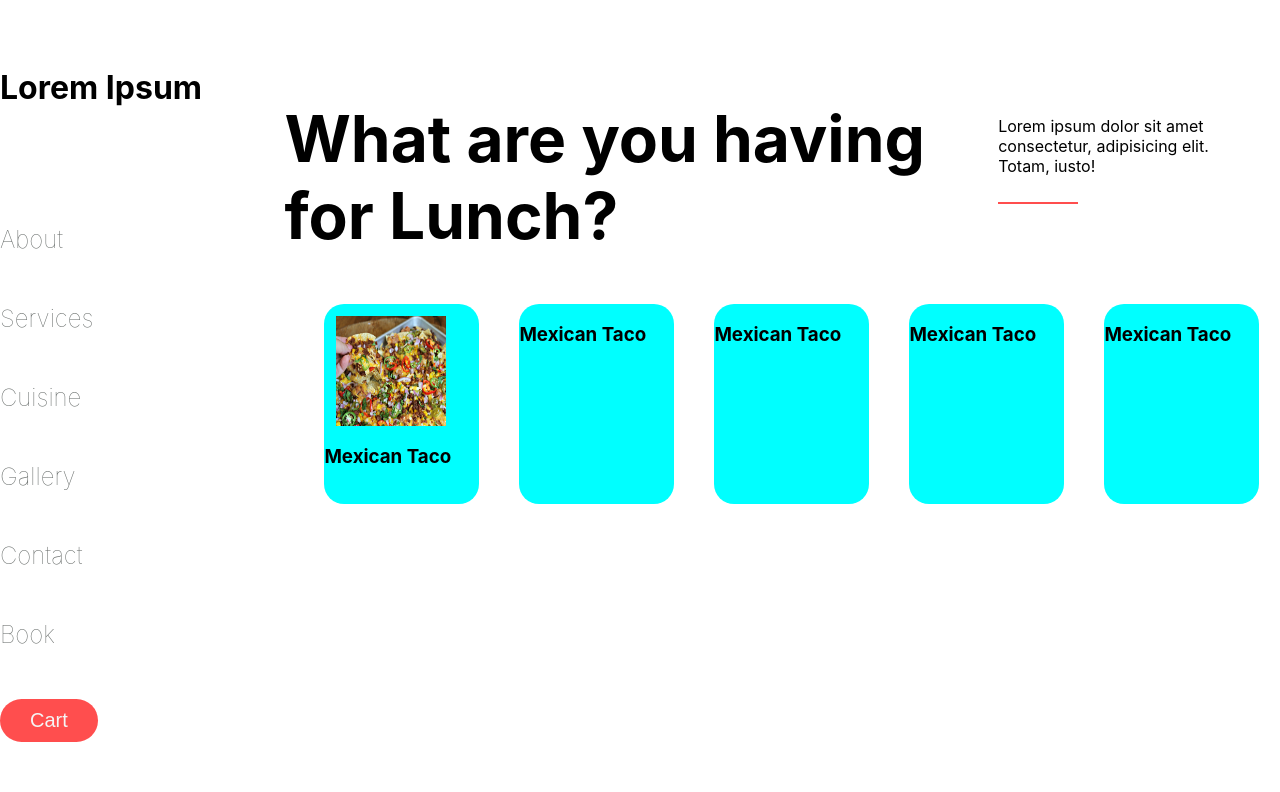
Repository: Marlstergo/assignment2
Page: /
An editor plug-in stored every save of this project. The page is shown before and after the next save, followed by the edit.
The browser window is 1280 px wide. The pictures show the whole page.
The project was rebuilt for these pictures with package versions that can differ from the ones it lists, and the page was loaded fresh each time.

Above is the page before, as saved 2021-07-27 02:52:22.

After the next save:
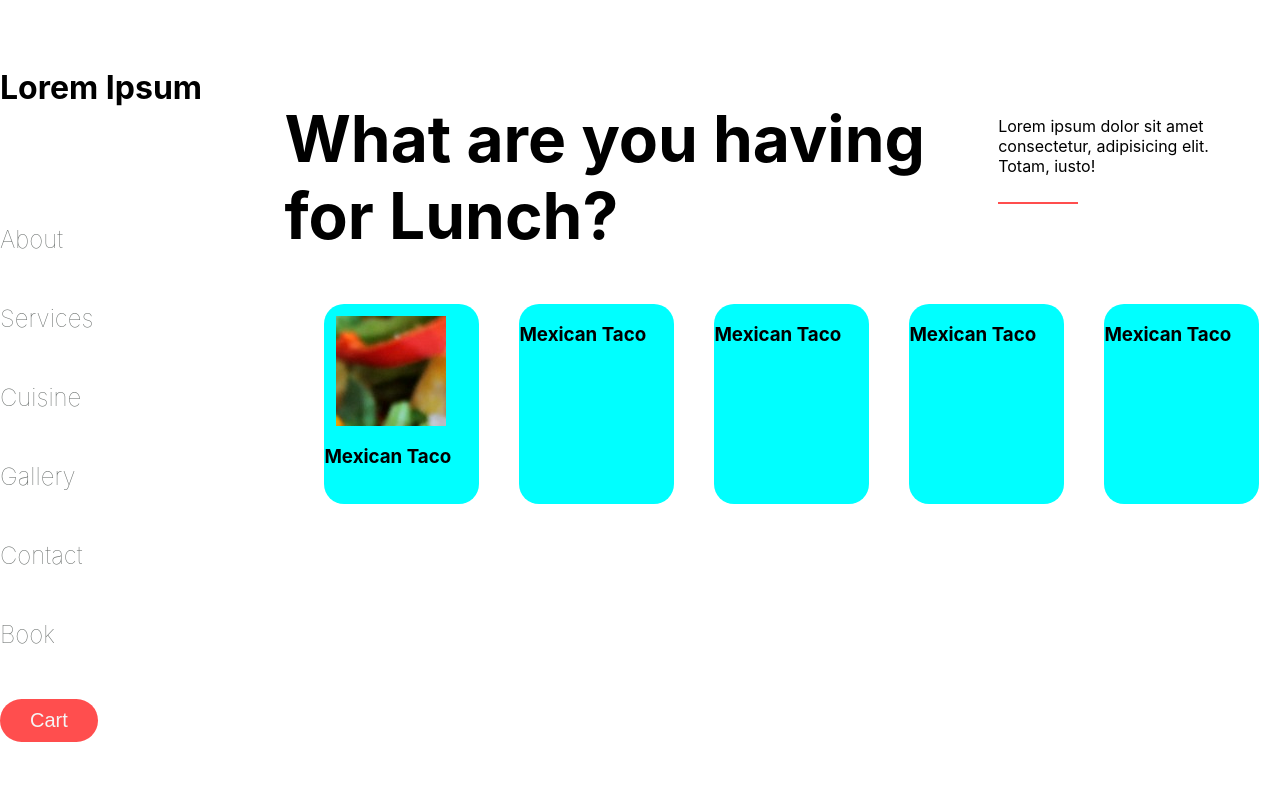
Saved 10 s later.
--- a/src/App.css
+++ b/src/App.css
@@ -145,6 +145,6 @@
 }
 
 img{
-  width: 100%;
-  height: 100%;
+  /* width: 100%;
+  height: 100%; */
 }

After the save that followed:
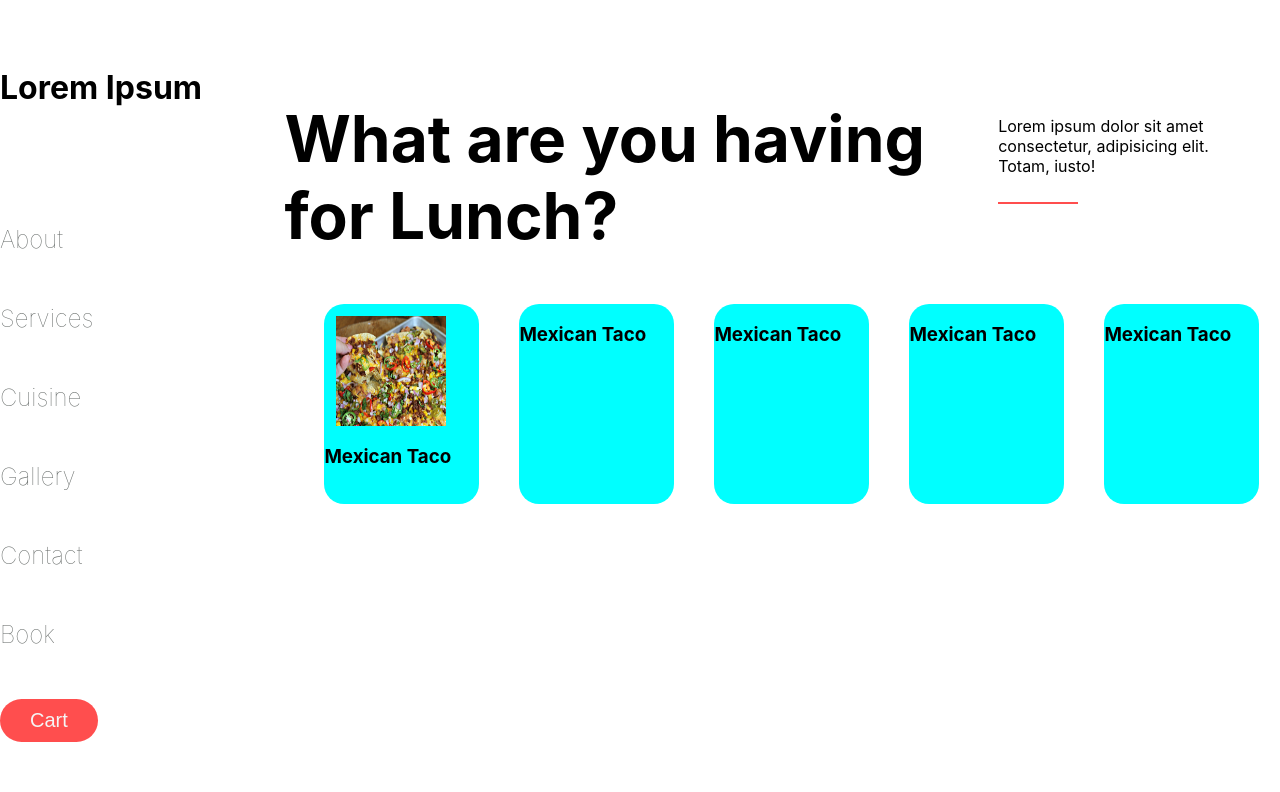
Saved 5 s later.
--- a/src/App.css
+++ b/src/App.css
@@ -145,6 +145,6 @@
 }
 
 img{
-  /* width: 100%;
-  height: 100%; */
+  width: 100%;
+  height: 100%;
 }
